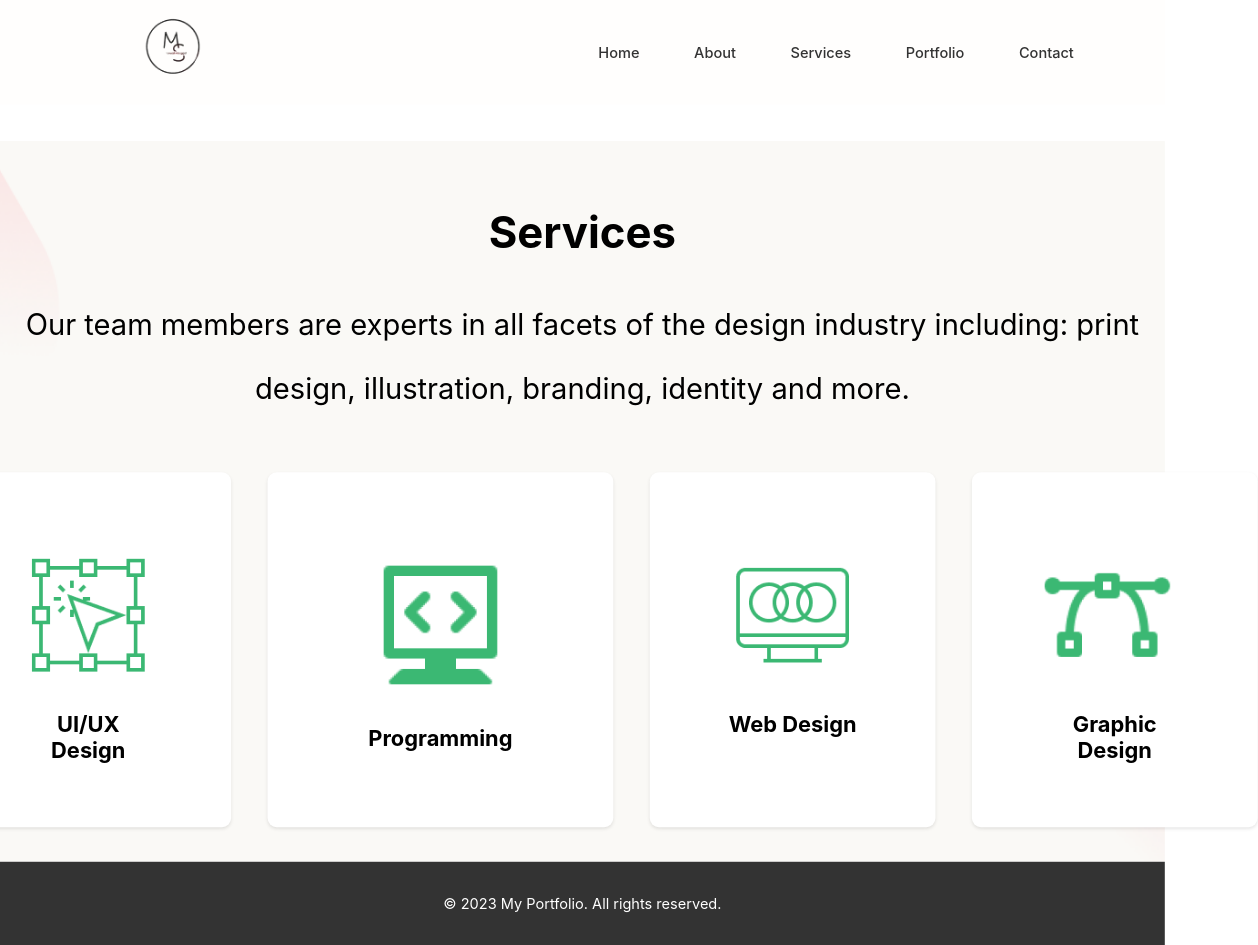
Repository: MEROO1010/Portfolio_00
Page: /services (app in portfolio_00/)
The author's editor kept a copy of each file at every save. The page is drawn from the files as they stood at one save, then again after the next save.
The browser window is 1280 px wide. The page is 1382 px wide, so the pictures cover 1382 px, including what lies to the right of the window. The pictures show the whole page, at 91% of full size.
The project was rebuilt for these pictures with package versions that can differ from the ones it lists, and the page was loaded fresh each time. Also part of the build but not shown: portfolio_00/src/components/Home.jsx, portfolio_00/src/components/About.jsx, portfolio_00/src/components/Portfolio.jsx, portfolio_00/src/components/Contact.jsx.

Above is the page before, as saved 2024-11-19 10:31:43.

### portfolio_00/src/App.jsx
import React from 'react';
import { BrowserRouter, Route, Routes } from 'react-router-dom';
import Header from './components/Header';
import Home from './components/Home';
import About from './components/About';
import Services from './components/Services';
import Portfolio from './components/Portfolio';
import Contact from './components/Contact';
import Footer from './components/Footer';
// import GlobalStyle from './styles/global';

const App = () => {
  return (
    <BrowserRouter>
    <Header />
    <Routes>
      <Route path="/"  element={<Home />} />
      <Route path="/about"  element={<About />} />
      <Route path="/services" element={<Services  />} />

      <Route path="/portfolio" element={<Portfolio />} />
      <Route path="/contact" element={<Contact />} />
    </Routes>

    <Footer />
  </BrowserRouter>
  );
};

export default App;

### portfolio_00/src/features/counter/counterSlice.js
import { createAsyncThunk, createSlice } from '@reduxjs/toolkit';
import { fetchCount } from './counterAPI';

const initialState = {
  value: 0,
  status: 'idle',
};

// The function below is called a thunk and allows us to perform async logic. It
// can be dispatched like a regular action: `dispatch(incrementAsync(10))`. This
// will call the thunk with the `dispatch` function as the first argument. Async
// code can then be executed and other actions can be dispatched. Thunks are
// typically used to make async requests.
export const incrementAsync = createAsyncThunk(
  'counter/fetchCount',
  async (amount) => {
    const response = await fetchCount(amount);
    // The value we return becomes the `fulfilled` action payload
    return response.data;
  }
);

export const counterSlice = createSlice({
  name: 'counter',
  initialState,
  // The `reducers` field lets us define reducers and generate associated actions
  reducers: {
    increment: (state) => {
      // Redux Toolkit allows us to write "mutating" logic in reducers. It
      // doesn't actually mutate the state because it uses the Immer library,
      // which detects changes to a "draft state" and produces a brand new
      // immutable state based off those changes
      state.value += 1;
    },
    decrement: (state) => {
      state.value -= 1;
    },
    // Use the PayloadAction type to declare the contents of `action.payload`
    incrementByAmount: (state, action) => {
      state.value += action.payload;
    },
  },
  // The `extraReducers` field lets the slice handle actions defined elsewhere,
  // including actions generated by createAsyncThunk or in other slices.
  extraReducers: (builder) => {
    builder
      .addCase(incrementAsync.pending, (state) => {
        state.status = 'loading';
      })
      .addCase(incrementAsync.fulfilled, (state, action) => {
        state.status = 'idle';
        state.value += action.payload;
      });
  },
});

export const { increment, decrement, incrementByAmount } = counterSlice.actions;

// The function below is called a selector and allows us to select a value from
// the state. Selectors can also be defined inline where they're used instead of
// in the slice file. For example: `useSelector((state: RootState) => state.counter.value)`
export const selectCount = (state) => state.counter.value;

// We can also write thunks by hand, which may contain both sync and async logic.
// Here's an example of conditionally dispatching actions based on current state.
export const incrementIfOdd = (amount) => (dispatch, getState) => {
  const currentValue = selectCount(getState());
  if (currentValue % 2 === 1) {
    dispatch(incrementByAmount(amount));
  }
};

export default counterSlice.reducer;

### portfolio_00/src/components/Header.jsx
import React from 'react';
import styled from 'styled-components';
import { Link } from 'react-router-dom';
import ImageLogo from '../assets/white_logo.png';

const HeaderContainer = styled.header`
  background-color: #FFFEFD;
  padding: 10px 100px;
  display: flex;
  justify-content: space-between;
  align-items: center;
`;

const Logo = styled.h1`
  margin:4px;
  padding-left:40px;
`;

const NavLinks = styled .nav`
  display: flex;
  gap: 60px;
`;

const NavLink = styled(Link)`
  text-decoration: none;
  color: #333;
  font-weight: 500;

  &:hover {
    color: #3BB873;
  }
`;

const Header = () => {
  return (
    <HeaderContainer>
      <Logo><img src={ImageLogo} alt="Description of image" /></Logo>
      <NavLinks>
        <NavLink to="/">Home</NavLink>
        <NavLink to="/about">About</NavLink>
        <NavLink to="/services">Services</NavLink>
        <NavLink to="/portfolio">Portfolio</NavLink>
        <NavLink to="/contact">Contact</NavLink>
      </NavLinks>
    </HeaderContainer>
  );
};

export default Header;

### portfolio_00/src/components/Services.jsx
import React from "react";
import styled from "styled-components";
import UI_UX from "../assets/UI_UX.png";
import programming from "../assets/Programming.png";
import webdesign from "../assets/web_design.png";
import graphic_design from "../assets/graphic_design.png";
import bg3 from "../assets/services_bg.png";

const Container = styled.div`
  display: flex;
  justify-content: center;
  align-items: center;
  flex-direction: column;
  background-image: url(${bg3});
  background-position: center;
  background-size:cover;
  height: 110vh;
  margin-top:40px;

`;

const Title = styled.h1`
  font-size: 3rem;
  font-weight: bold;
  margin-bottom: 20px;
`;

const Subtitle = styled.p`
  font-size: 32px;
  margin-bottom: 40px;
  p{
    text-align: center;
  }
`;

const ServicesContainer = styled.div`
  display: flex;
  justify-content: space-between;
  width: 80%;
  max-width: 1000px;
  margin: 0 auto;
`;

const ServiceCard = styled.div`
  background-color: white;
  border-radius: 10px;
  padding: 80px;
  box-shadow: 0 2px 4px rgba(0, 0, 0, 0.1);
  text-align: center;
  width: 400px;
  height:230px;
  margin-right: 40px;
  right:200px;;
  position:relative;
  justify-content:space-around;
`;



const ServiceTitle = styled.h3`
  font-size: 1.5rem;
  font-weight: bold;
  margin-bottom: 10px;
`;

const Services = () => {
  return (
    <Container>
      <Title>Services</Title>
      <Subtitle>
        Our team members are experts in all facets of the design industry
        including: print<br/> <p>design, illustration, branding, identity and more.</p>
      </Subtitle>
      <ServicesContainer>
        <ServiceCard>
          <img src={UI_UX} alt="" />
          <ServiceTitle>UI/UX Design</ServiceTitle>
        </ServiceCard>
        <ServiceCard>
          <img src={programming} alt="" />
          <ServiceTitle>Programming</ServiceTitle>
        </ServiceCard>
        <ServiceCard>
          <img src={webdesign} alt="" />
          <ServiceTitle>Web Design</ServiceTitle>
        </ServiceCard>
        <ServiceCard>
          <img src={graphic_design} alt="" />
          <ServiceTitle>Graphic Design</ServiceTitle>
        </ServiceCard>
      </ServicesContainer>
    </Container>
  );
};

export default Services;

### portfolio_00/src/components/Footer.jsx
import React from 'react';
import styled from 'styled-components';

const FooterContainer = styled.footer`
  padding: 20px;
  background-color: #333;
  color: white;
  text-align: center;
`;

const Footer = () => {
  return (
    <FooterContainer>
      <p>&copy; 2023 My Portfolio. All rights reserved.</p>
    </FooterContainer>
  );
};

export default Footer;

Loaded but not shown: portfolio_00/public/index.html (common file); portfolio_00/src/index.js (common file); portfolio_00/src/app/store.js (common file); portfolio_00/src/reportWebVitals.js (common file); portfolio_00/src/index.css (common file); portfolio_00/src/features/counter/counterAPI.js (common file)

After the next save:
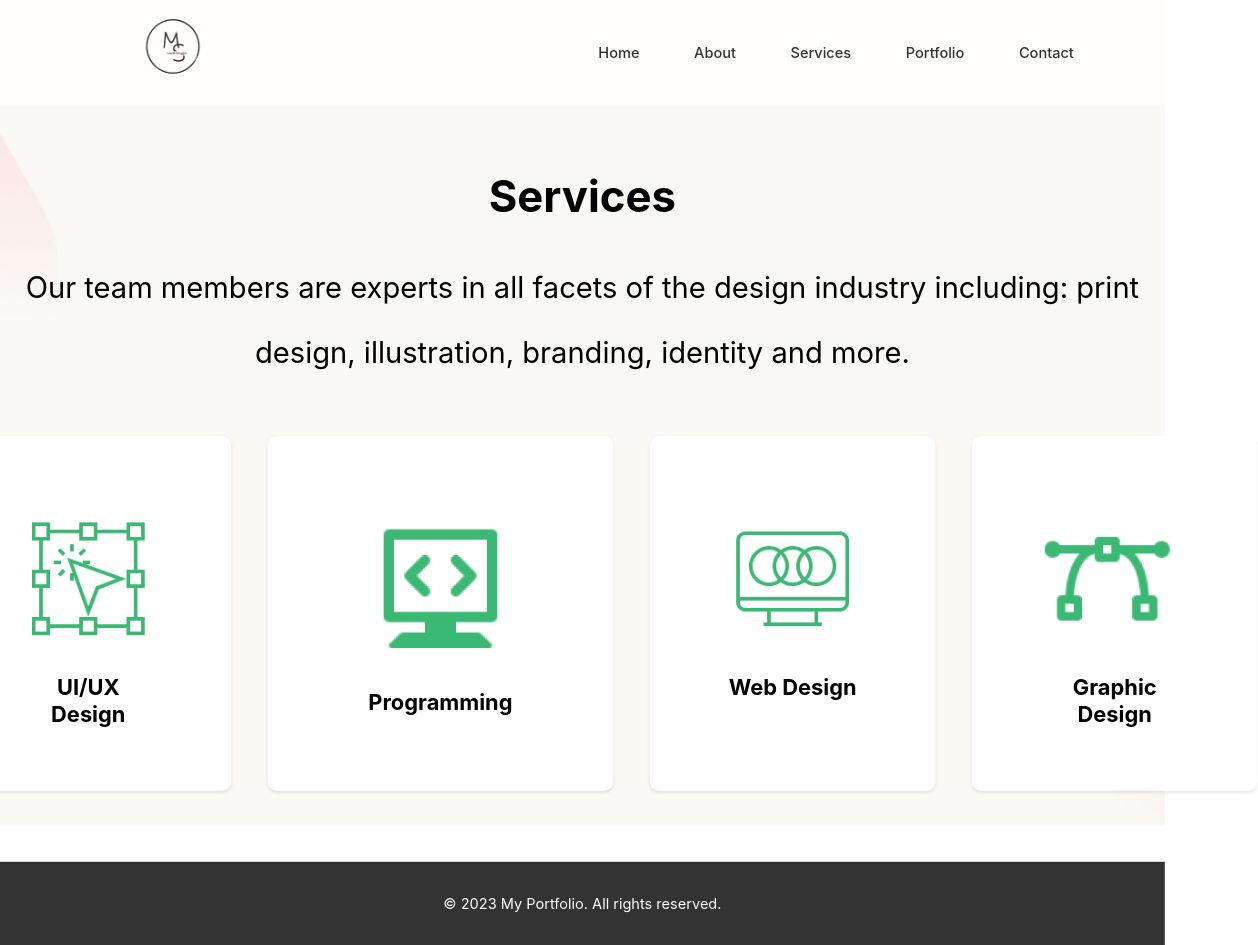
Saved 12 s later.
--- a/portfolio_00/src/components/Services.jsx
+++ b/portfolio_00/src/components/Services.jsx
@@ -15,7 +15,7 @@ const Container = styled.div`
   background-position: center;
   background-size:cover;
   height: 110vh;
-  margin-top:40px;
+  margin-bottom:40px;
 
 `;
 
